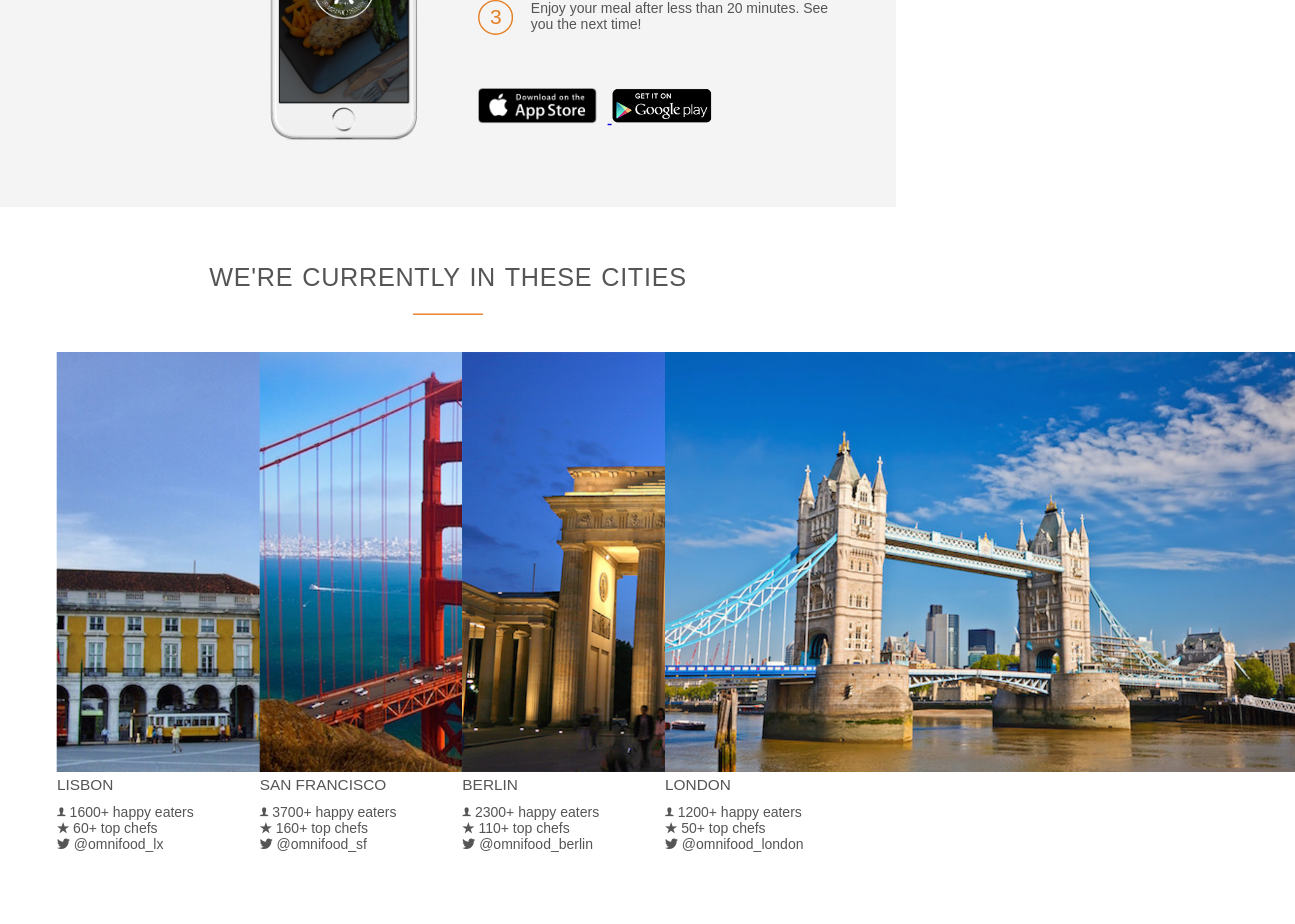
Repository: pboi18/E-Foods
Page: index.html
These files come from the project's save history. The page is drawn as it stood at one moment and after the next save; the edit follows.
The browser window is 1280 px wide. The page is 1850 px wide, then 1280 px, so the pictures cover 1850 px, including what lies to the right of the window. The pictures show the part of the page from y = 2367 to 3687 px (the page is 3687 px tall before and 3184 px after), at 70% of full size.
Backgrounds fixed to the window are drawn as part of the page.

Above is the page before, as saved 2020-07-13 16:51:55.

### index.html
<!DOCTYPE html>
<html lang="en">
   <head>
      <meta http-equiv="Content-Type" content="text/html;charset=UTF-8">
      <link rel="stylesheet" href="vendors/css/normalize.css">
      <link rel="stylesheet" href="vendors/css/7.1 Grid.css">
      <link rel="stylesheet" href="vendors/css/ionicons.min.css">
      <link rel="stylesheet" href="resources/css/style.css">
      <link href='http://fonts.googleapis.com/css?family=Lato:100,300,400,300italic' rel='stylesheet' type='text/css'>
      <title>Ominifoods</title>
   </head>

   <body>
      <header>
         <nav>
               <div class="row">
                  <img src="resources/img/logo-white.png" alt="Ominifood logo" class="logo">

                  <ul class="main-nav">
                     <li><a href="#">Food delivery</a></li>
                     <li><a href="#">How it works</a></li>
                     <li><a href="#">Our cities</a></li>
                     <li><a href="#">Sign up</a></li>
                  </ul>

               </div>
         </nav>
         <div class="hero-text-box">
               <h1>Goodbye junk food. <br> Hello super healthy meals.</h1>
               <a href="#" class="btn btn-full">I’m hungry </a>
               <a href="#" class="btn btn-ghost">Show me more </a>
         </div>

      </header>

      <section class="section-features">
         <div class="row">
               <h2>Get food fast &mdash; not fast food</h2>
               <p class="long-copy">
                  Hello, we’re Omnifood, your new premium food delivery service. We know you’re always busy. No time for cooking. So let us take care of that, we’re really good at it, we promise!
               </p>
         </div>

         <div class="row">
               <div class="col span-1-of-4 box">
                  <i class="ion-ios-infinite-outline icon-big"></i>
                  <h3>Up to 365 days/year</h3>
                  <p>
                     Never cook again! We
                     really mean that. Our subscription
                     plans include up to 365
                     days/year coverage. You can
                     also choose to order more
                     flexibly if that's your style.
                  </p>
               </div>

               <div class="col span-1-of-4 box">
                  <i class="ion-ios-stopwatch-outline icon-big"></i>
                  <h3>Ready in 20 minutes</h3>
                  <p>
                     You're only twenty minutes
                     away from your delicious and
                     super healthy meals delivered
                     right to your home. We work
                     with the best chefs in each
                     town to ensure that you're
                     100% happy.
                  </p>
               </div>

               <div class="col span-1-of-4 box">
                  <i class="ion-ios-nutrition-outline icon-big"></i>
                  <h3>100% organic</h3>
                  <p>
                     All our vegetables are fresh, organic and local. Animals are raised without added hormones or antibiotics. Good for your health, the environment, and it also tastes better!
                  </p>
               </div>

               <div class="col span-1-of-4 box">
                  <i class="ion-ios-cart-outline icon-big"></i>
                  <h3>Order anything</h3>
                  <p>
                     We don't limit your creativity, which means you can order whatever you feel like. You can also choose from our menu containing over 100 delicious meals. It's up to you!
                  </p>
               </div>
         </div>
      </section>

      <section class="section-meals">
         <ul class="meals-showcase clearfix">
               <li>
                  <figure class="meal-photo">
                     <img src="resources/img/1.jpg" alt="Korean bibimbap with egg and vegetables">
                  </figure>
               </li>
               <li>
                  <figure class="meal-photo">
                     <img src="resources/img/2.jpg" alt="Simple italian pizza with cherry tomatoes">
                  </figure>
               </li>
               <li>
                  <figure class="meal-photo">
                     <img src="resources/img/3.jpg" alt="Chicken breast steak with vegetables ">
                  </figure>
               </li>
               <li>
                  <figure class="meal-photo">
                     <img src="resources/img/4.jpg" alt="Autumn pumpkin soup">
                  </figure>
               </li>
         </ul>

         <ul class="meals-showcase clearfix">
               <li>
                  <figure class="meal-photo">
                     <img src="resources/img/5.jpg" alt="Paleo beef steak with vegetables">
                  </figure>
               </li>
               <li>
                  <figure class="meal-photo">
                     <img src="resources/img/6.jpg" alt="Healthy baguette with egg and vegetables">
                  </figure>
               </li>
               <li>
                  <figure class="meal-photo">
                     <img src="resources/img/7.jpg" alt="Burger with cheddar and bacon">
                  </figure>
               </li>
               <li>
                  <figure class="meal-photo">
                     <img src="resources/img/8.jpg" alt="Granola with cherries and strawberries">
                  </figure>
               </li>
         </ul>
      </section>

      <section class="section-steps">
         <div class="row">
               <h2>How it works &mdash; Simple as 1, 2, 3</h2>
         </div>
         <div class="row">
               <div class="col span-1-of-2 steps-box">
                  <img src="resources/img/app-iPhone.png" alt="Ominifood app on iphone" class="app-screen">
               </div>

               <div class="col span-1-of-2 steps-box">
                  <div class="works-step">
                     <div>1</div>
                     <p>Choose the subscription plan that best fits your needs and sign up today.</p>
                  </div>
                  <div class="works-step">
                     <div>2</div>
                     <p>Order your delicious meal using our mobile app or website. Or you can even call us!</p>
                  </div>
                  <div class="works-step">
                     <div>3</div>
                     <p>Enjoy your meal after less than 20 minutes. See you the next time!</p>
                  </div>

                  <a href="#" class="btn-app">
                     <img src="resources/img/download-app.png " alt="App Store Button">
                  </a>
                  <a href="#" class="btn-app" >
                     <img src="resources/img/download-app-android.png" alt="play Store Button">
                  </a>

               </div>
         </div>
      </section>


      <section class="section-cities">
         <div class="row">
            <h2>
               We're currently in these cities
            </h2>
         </div>

         <div class="row">
            <div class="col span-1-of-4 box">
               <img src="resources/img/lisbon-3.jpg" alt="Lisbon">
               <h3>Lisbon</h3>
               <div class="city-feature">
                  <i class="ion-ios-person"></i>
                  1600+ happy eaters
               </div>
               <div class="city-feature">
                  <i class="ion-ios-star"></i>
                  60+ top chefs
               </div>
               <div class="city-feature">
                  <i class="ion-social-twitter"></i>
                  @omnifood_lx
               </div>
            </div>

            <div class="col span-1-of-4 box">
               <img src="resources/img/san-francisco.jpg" alt="San Francisco">
               <h3>San Francisco</h3>
               <div class="city-feature">
                  <i class="ion-ios-person"></i>
                  3700+ happy eaters
               </div>
               <div class="city-feature">
                  <i class="ion-ios-star"></i>
                  160+ top chefs
               </div>
               <div class="city-feature">
                  <i class="ion-social-twitter"></i>
                  @omnifood_sf
               </div>
            </div>

            <div class="col span-1-of-4 box">
               <img src="resources/img/berlin.jpg" alt="Berlin">
               <h3>Berlin</h3>
               <div class="city-feature">
                  <i class="ion-ios-person"></i>
                  2300+ happy eaters
               </div>
               <div class="city-feature">
                  <i class="ion-ios-star"></i>
                  110+ top chefs
               </div>
               <div class="city-feature">
                  <i class="ion-social-twitter"></i>
                  @omnifood_berlin
               </div>
            </div>

            <div class="col span-1-of-4 box">
               <img src="resources/img/london.jpg" alt="London">
               <h3>London</h3>
               <div class="city-feature">
                  <i class="ion-ios-person"></i>
                  1200+ happy eaters
               </div>
               <div class="city-feature">
                  <i class="ion-ios-star"></i>
                  50+ top chefs
               </div>
               <div class="city-feature">
                  <i class="ion-social-twitter"></i>
                  @omnifood_london
               </div>
            </div>
         </div>


      </section>
   </body>

</html>

### resources/css/style.css
/*  --------------------------- */
/*  BASIC SETUP */
/*  --------------------------- */

* {
    margin: 0;
    padding: 0;
    box-sizing: border-box;
}

html {
    background-color: #fff;
    color: #555;
    font-family: Arial, Helvetica, sans-serif,'Lato';
    font-weight: 300;
    font-size: 20px;
    text-rendering: optimizeLegibility;
}

.clearfix { zoom: 1;}
.clearfix::after {
    content: ".";
    clear: both;
    display: block;
    height: 0;
    visibility: hidden;
}

/*  --------------------------- */
/*  REUSEABLE COMPONENTS */
/*  --------------------------- */


.row {
    max-width: 1140px;
    margin: 0 auto;
}

section {
    padding: 80px 0;
}

.box {
    padding: 1%;
}

/*  --------------------------- */
/*  HEADINGS */
/*  --------------------------- */

h1,
h2,
h3 {

    font-weight: 300;
    text-transform: uppercase;
}

h1 {
    margin-top: 0;
    margin-bottom: 20px;
    color: #fff;
    font-size: 240%;
    word-spacing: 4px;
    letter-spacing: 1px;
}

h2 {
    font-size: 180%;
    word-spacing: 2px;
    text-align: center;
    margin-bottom: 30px;
    letter-spacing: 1px;
}

h3 {
    font-size: 110%;
    margin-bottom: 15px;
}

h2:after {
    display: block;
    height: 2px;
    background-color: #e67e22;
    content: " ";
    width: 100px;
    margin: 0 auto;
    margin-top: 30px;
}


/*  --------------------------- */
/*  paragraps*/
/*  --------------------------- */


.long-copy {
    line-height: 145%;
    width: 70%;
    margin-left: 15%;
}

.box p {
    font-size: 90%;
    line-height: 145%;
}


/*  --------------------------- */
/*  ICONS */
/*  --------------------------- */

.icon-big {
    font-size: 350%;
    display: block;
    color: #e67e22;
    margin-bottom: 10px;
}


/*  --------------------------- */
/*  BUTTONS */
/*  --------------------------- */

.btn:link,
.btn:visited {
    display: inline-block;
    padding: 10px 30px;
    font-weight: 300;
    text-decoration: none;
    border-radius: 200px;
    transition: all 0.2s;
}


.btn-full:link,
.btn-full:visited {
    background-color: #e67e22;
    border: 1px solid #e67e22;
    color: #fff;
    margin-right: 15px;
}

.btn-ghost:link,
.btn-ghost:visited {
    border: 1px solid #e67e22;
    color: #e67e22;
}

.btn:hover,
.btn:active {
    background-color: #cf6d17;
}


.btn-full:hover,
.btn-full:active {
    border: 1px solid #cf6d17;
}

.btn-ghost:hover,
.btn-ghost:active {
    border: 1px solid #e67e22;
    color: #fff;
}

/*  --------------------------- */
/*  HEADER */
/*  --------------------------- */

header {
    background-image: linear-gradient(rgba(0, 0, 0, 0.7), rgba(0, 0, 0, 0.7)), url(img/hero.jpg);
    background-size: cover;
    background-position: center;
    height: 100vh;
    background-attachment: fixed;
}


.hero-text-box {
    position: absolute;
    width: 1140px;
    top: 50%;
    left: 50%;
    transform: translate(-50%, -50%);
}

.logo {
    height: 100px;
    width: auto;
    float: left;
    margin-top: 20px;
}

.main-nav {
    float: right;
    list-style: none;
    margin-top: 55px;
}

.main-nav li {
    display: inline-block;
    margin-left: 40px;
}

.main-nav li a:link,
.main-nav li a:visited {
    padding: 5px 0px;
    color: #fff;
    text-decoration: none;
    text-transform: uppercase;
    font-size: 90%;
    border-bottom: 2px solid transparent;
    transition: all 0.2s;

}
.main-nav li a:hover,
.main-nav li a:active {
    border-bottom: 2px solid #e67e22;
}

/*  --------------------------- */
/*  MEALS */
/*  --------------------------- */

.section-features .long-copy {
    margin-bottom: 30px;
}


/*  --------------------------- */
/*  MEALS */
/*  --------------------------- */

.section-meals {
    padding: 0;

}

.meals-showcase {
    list-style: none;
    width: 100%;

}

.meals-showcase li {
    display: block;
    float: left;
    width: 25%;
}

.meal-photo {
    width: 100%;
    margin: 0;
    overflow: hidden;
    background-color:#000;
}

.meal-photo img {
    width: 100%;
    height: auto;
    transform: scale(1.03);
    opacity: 0.7;
    transition: all 0.5s;
}


.meal-photo img:hover {
    opacity: 1;
    transform: scale(1.15);
}

/*  --------------------------- */
/*  HOW IT WORKS */
/*  --------------------------- */

.section-steps {
    background-color: #f4f4f4;
}

.steps-box:first-child {
    text-align: right;
    padding-right: 3%;
    margin-top: 30px;
}


.steps-box:last-child {
    padding-left: 3%;
    margin-top: 70px;
}

.app-screen {
    width: 40%;
}


.works-step {
    margin-bottom: 50px;
}

.works-step:last-of-type {
    margin-bottom: 80px;
}

.works-step div {
    color: #e67e22;
    border: 2px solid #e67e22;
    display: inline-block;
    border-radius: 50%;
    width: 50px;
    height: 50px;
    text-align: center;
    padding: 5px;
    float: left;
    font-size: 150%;
    margin-right: 25px;
}

.btn-app img {
    height: 50px;
    width: auto;
    margin-right: 16px;
}

Loaded but not shown: vendors/css/normalize.css (library); vendors/css/7.1 Grid.css (library); vendors/css/ionicons.min.css (library)

After the next save:
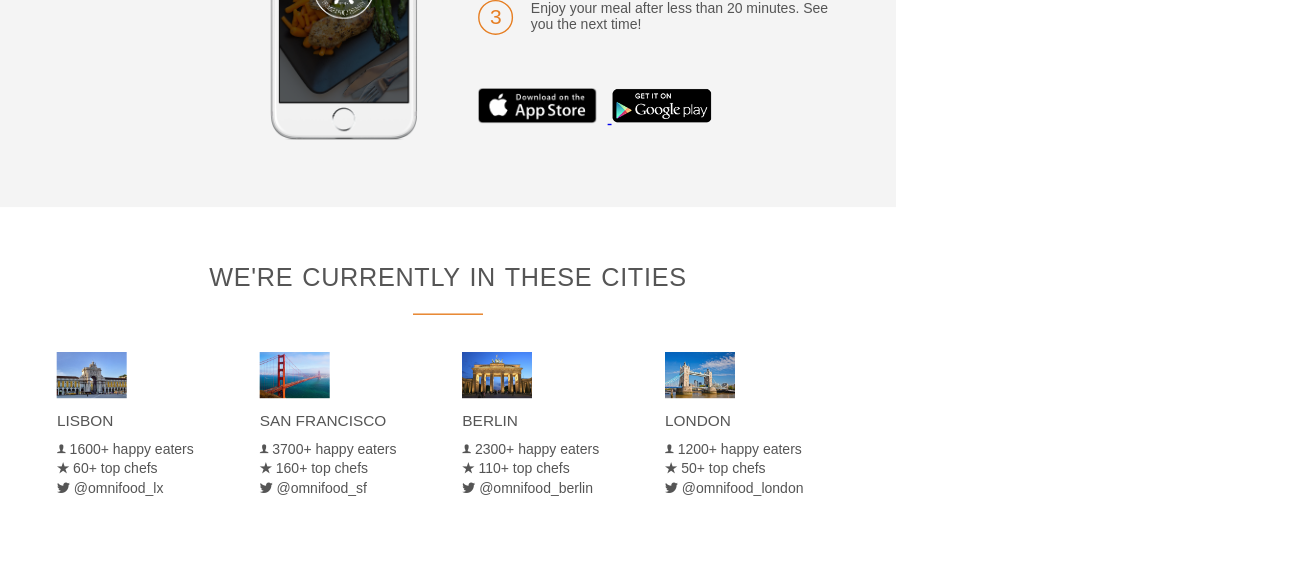
Saved 6 min 37 s later.
--- a/resources/css/style.css
+++ b/resources/css/style.css
@@ -322,3 +322,18 @@ header {
     width: auto;
     margin-right: 16px;
 }
+
+/*  --------------------------- */
+/*  CITIES*/
+/*  --------------------------- */
+
+.box img {
+    width: 100px;
+    height: auto;
+    margin-bottom: 15px;
+}
+
+
+.city-feature {
+    margin-bottom: 5px;
+}
